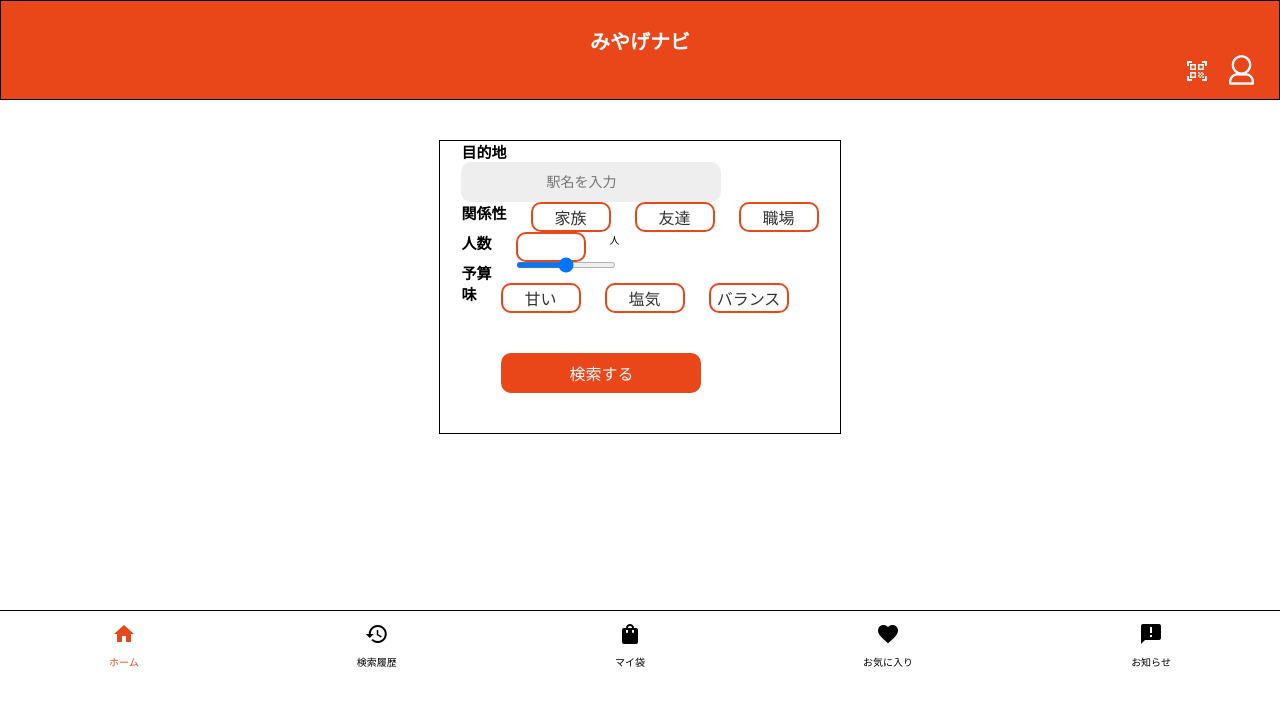
Repository: ama-ne2/miyage_nav
Page: index.html
An editor plug-in stored every save of this project. The page is shown before and after the next save, followed by the edit.
The browser window is 1280 px wide. The pictures show the whole page.

Above is the page before, as saved 2026-02-05 19:43:01.

After the next save:
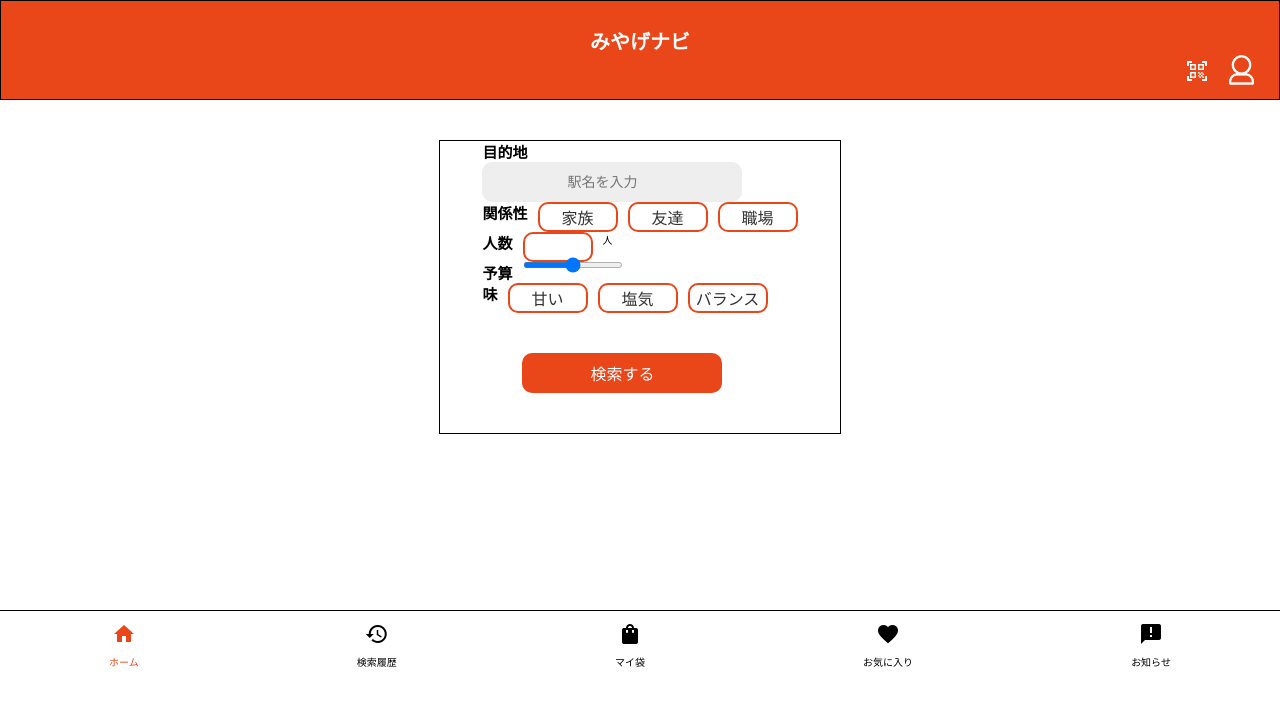
Saved 9 s later.
--- a/css/index.css
+++ b/css/index.css
@@ -77,7 +77,7 @@ input[type="range"]::-webkit-slider-thumb{
 /* キーワード囲ってるやつ */
 .keyword_wrap{
     display: flex;
-    gap: 24px;
+    gap: 10px;
 }
 
 /* 検索するボタン */
